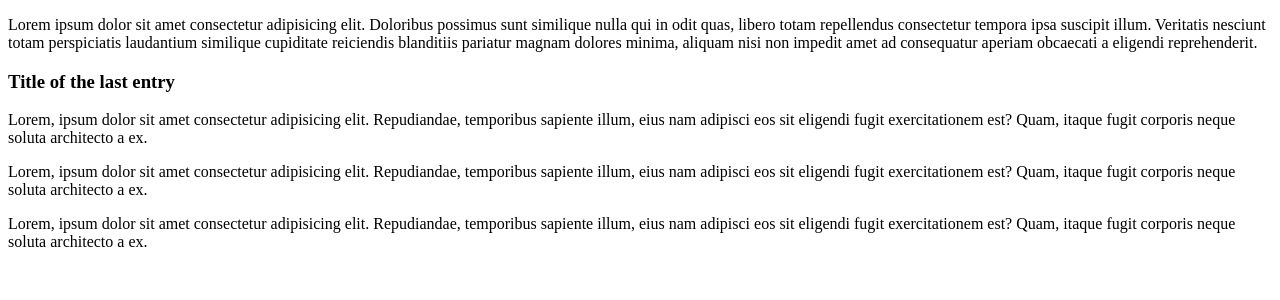
Repository: KikiMcArron/Don_Kiki_McArron
Page: index.html
The author's editor kept a copy of each file at every save. The page is drawn from the files as they stood at one save, then again after the next save.
The browser window is 1280 px wide. The pictures show the whole page.

Above is the page before, as saved 2022-04-08 12:47:43.

### index.html
<!DOCTYPE html>
<html lang="pl">

<head>
    <meta charset="UTF-8">
    <meta http-equiv="X-UA-Compatible" content="IE=edge">
    <meta name="viewport" content="width=device-width, initial-scale=1.0">
    <title>Document</title>
</head>

<body>
    <header>
        <nav></nav>
    </header>
    <main>
        <section class="last_entrie">
            <article>
                <p>Lorem ipsum dolor sit amet consectetur adipisicing elit. Doloribus possimus sunt similique nulla qui in odit quas, libero totam repellendus consectetur tempora ipsa suscipit illum. Veritatis nesciunt totam
                    perspiciatis laudantium similique cupiditate reiciendis blanditiis pariatur magnam dolores minima,
                    aliquam nisi non impedit amet ad consequatur aperiam obcaecati a eligendi reprehenderit.</p>

            </article>
        </section>
        <section class="prev_entries">
            <article>
                <h3>Title of the last entry</h3>
                <p>Lorem, ipsum dolor sit amet consectetur adipisicing elit. Repudiandae, temporibus sapiente illum,
                    eius nam adipisci eos sit eligendi fugit exercitationem est? Quam, itaque fugit corporis neque
                    soluta architecto a ex.</p>
            </article>
            <article>
                <p>Lorem, ipsum dolor sit amet consectetur adipisicing elit. Repudiandae, temporibus sapiente illum,
                    eius nam adipisci eos sit eligendi fugit exercitationem est? Quam, itaque fugit corporis neque
                    soluta architecto a ex.</p>
            </article>
            <article>
                <p>Lorem, ipsum dolor sit amet consectetur adipisicing elit. Repudiandae, temporibus sapiente illum,
                    eius nam adipisci eos sit eligendi fugit exercitationem est? Quam, itaque fugit corporis neque
                    soluta architecto a ex.</p>
            </article>
        </section>
        <section class="hitory_entries"></section>
    </main>
    <aside class="notes"></aside>
    <aside class="projects"></aside>
    <footer></footer>
</body>

</html>

After the next save:
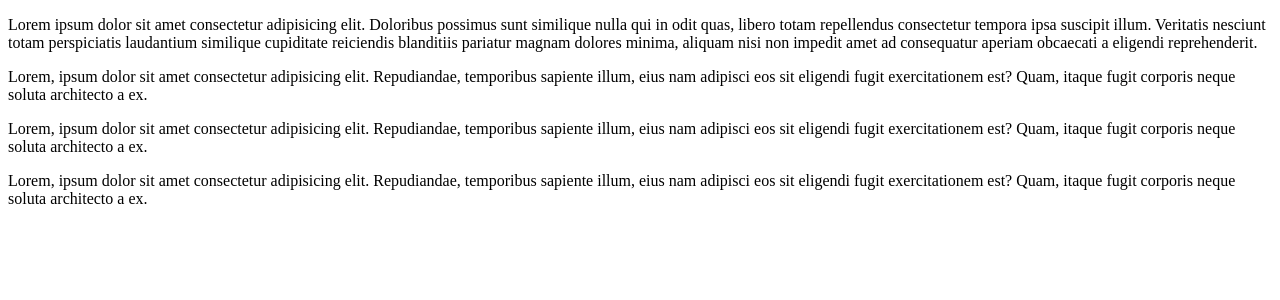
Saved 8 s later.
--- a/index.html
+++ b/index.html
@@ -23,7 +23,7 @@
         </section>
         <section class="prev_entries">
             <article>
-                <h3>Title of the last entry</h3>
+
                 <p>Lorem, ipsum dolor sit amet consectetur adipisicing elit. Repudiandae, temporibus sapiente illum,
                     eius nam adipisci eos sit eligendi fugit exercitationem est? Quam, itaque fugit corporis neque
                     soluta architecto a ex.</p>
